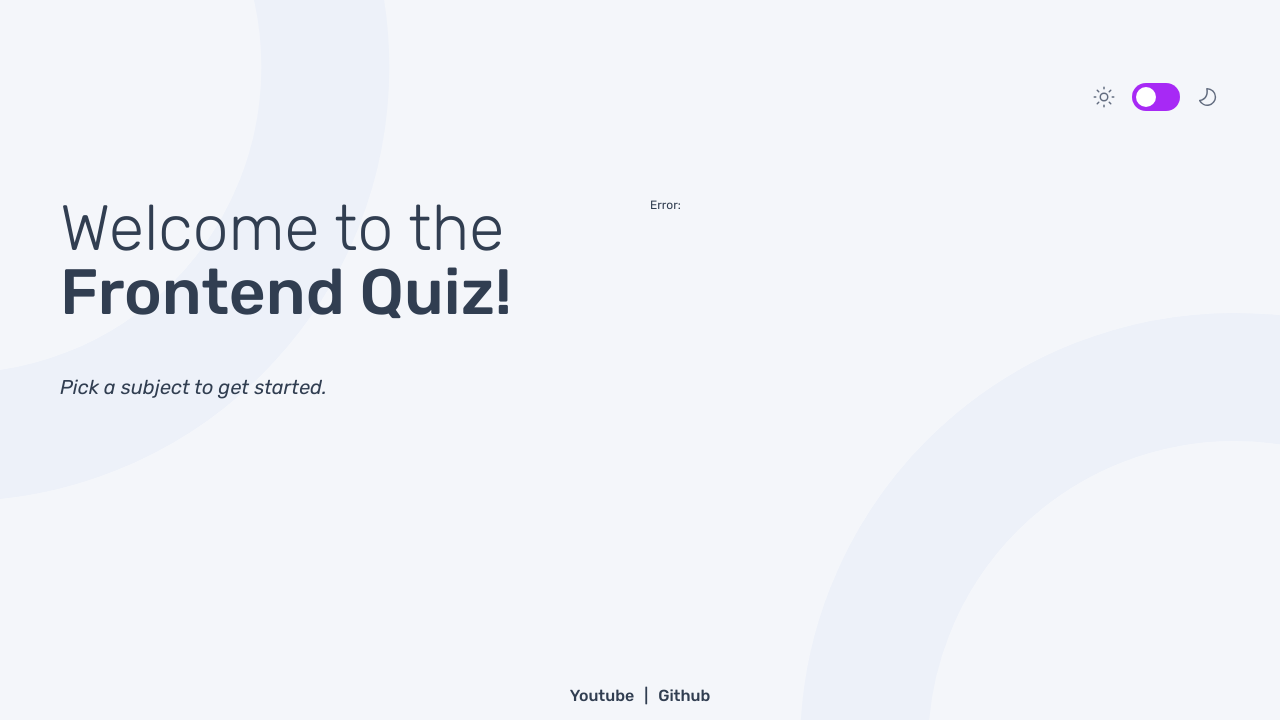
Repository: Temur-Sufiyanov/Quiz-App
Page: /
An editor plug-in stored every save of this project. The page is shown before and after the next save, followed by the edit.
The browser window is 1280 px wide. The pictures show the whole page.
The page's requests for data from a server got no answer. The project was rebuilt for these pictures with package versions that can differ from the ones it lists, and the page was loaded fresh each time. No one was signed in, and anything a server would have sent is missing. Requests to the local data server were answered from the project's data file. Also part of the build but not shown: vite.config.js, src/components/Result.jsx, src/components/Test.jsx, src/pages/Quiz.jsx.

Above is the page before, as saved 2025-08-22 19:10:35.

After the next save:
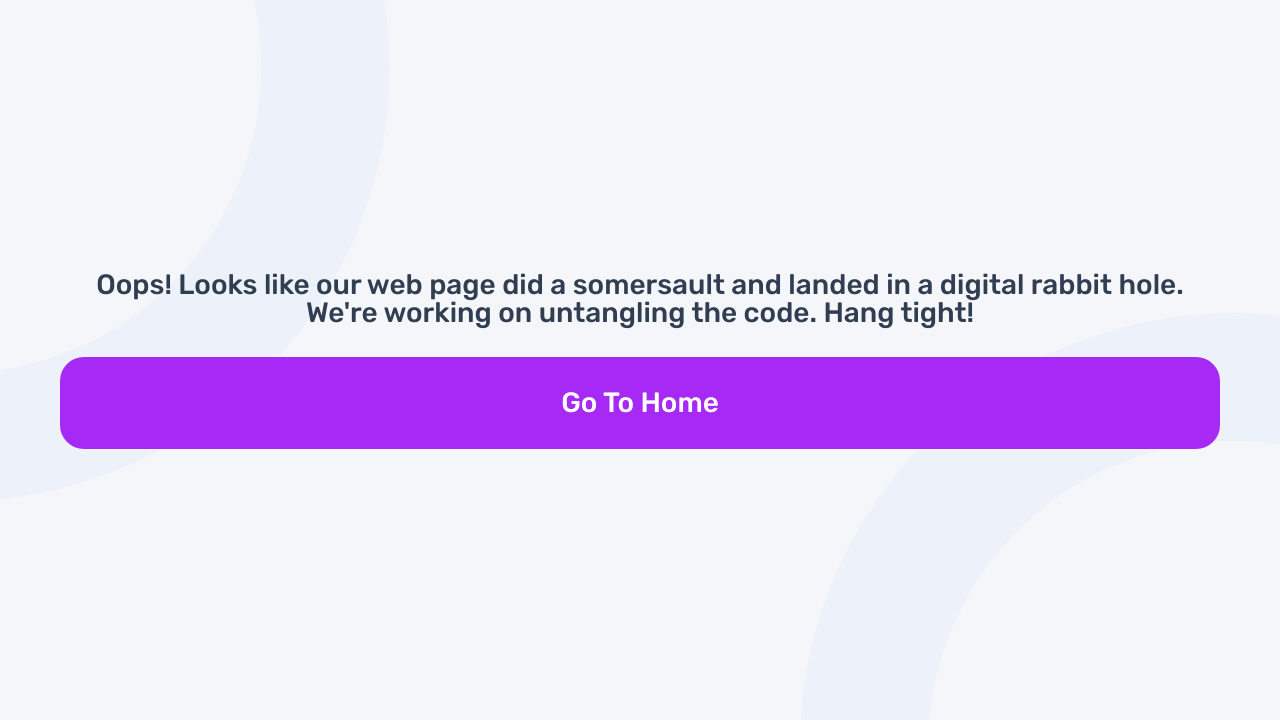
Console error: TypeError: Cannot read properties of undefined (reading 'map')
Saved 4 s later.
--- a/src/components/MenuLinks.jsx
+++ b/src/components/MenuLinks.jsx
@@ -7,7 +7,7 @@ function MenuLinks() {
     isPending,
     error,
   } = useFetch(
-    "https://online-json-server-api.up.railway.app/project/66589e8316aab5687eae3b28/quizzes"
+    "http://localhost:3000/quizzes"
   );
 
   console.log(isPending, error);

After the save that followed:
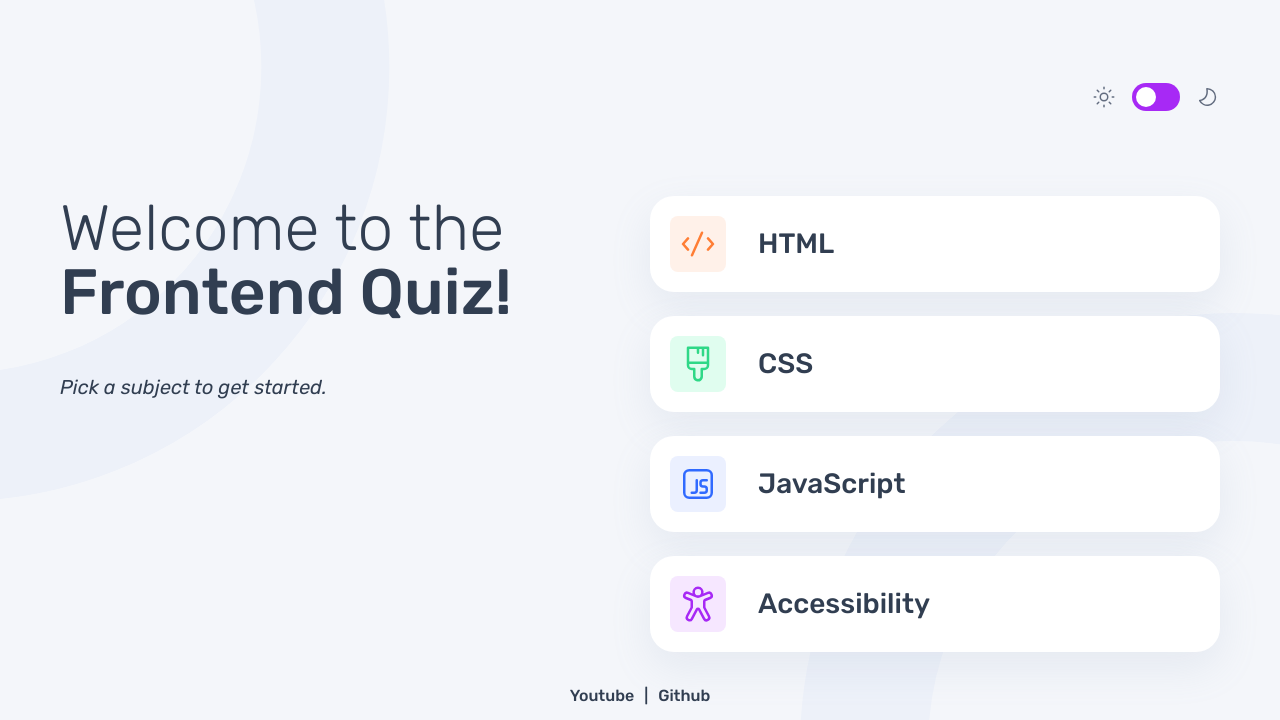
The error is gone.
Saved 2 min 20 s later.
--- a/src/components/MenuLinks.jsx
+++ b/src/components/MenuLinks.jsx
@@ -17,7 +17,7 @@ function MenuLinks() {
       {error && <p>Error: {error.message}</p>}
       <div className="menu-list">
         {quizzes &&
-          quizzes.data.map((item) => {
+          quizzes.map((item) => {
             return (
               <Link
                 key={item.title}
